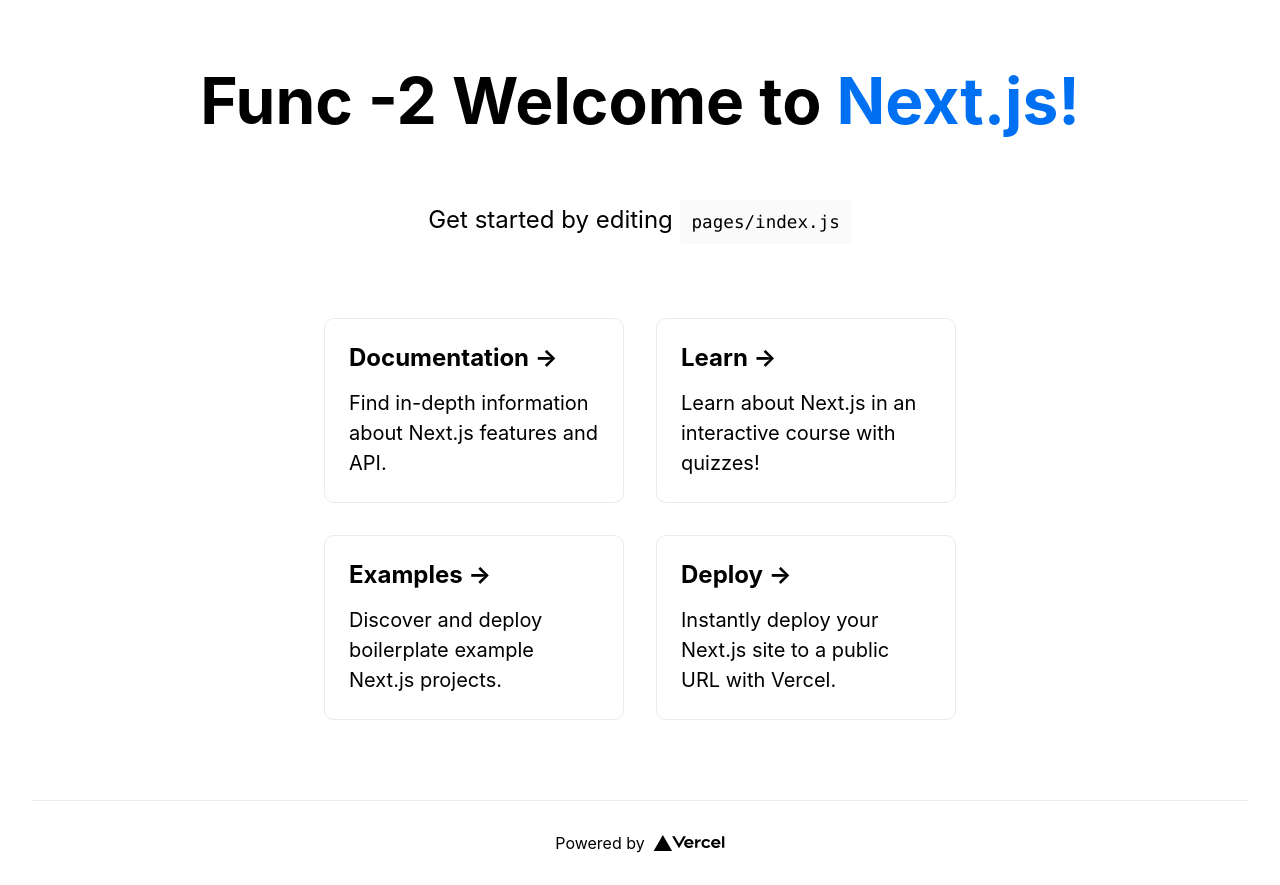
Repository: kanisaru/github-frontend-nextjs
Page: /
The author's editor kept a copy of each file at every save. The page is drawn from the files as they stood at one save, then again after the next save.
The browser window is 1280 px wide. The pictures show the whole page.
The project was rebuilt for these pictures with package versions that can differ from the ones it lists, and the page was loaded fresh each time. The framework's server and built-in components were replaced by stand-ins that run in the browser. Also part of the build but not shown: next.config.js.

Above is the page before, as saved 2022-09-05 23:19:47.

### pages/index.js
import Head from 'next/head'
import Image from 'next/image'
import styles from '../styles/Home.module.css'

export default function Home() {
  return (
    <div className={styles.container}>
      <Head>
        <title>Create Next App</title>
        <meta name="description" content="Generated by create next app" />
        <link rel="icon" href="/favicon.ico" />
      </Head>

      <main className={styles.main}>
        <h1 className={styles.title}>
         Func -2 Welcome to <a href="https://nextjs.org">Next.js!</a>
        </h1>

        <p className={styles.description}>
          Get started by editing{' '}
          <code className={styles.code}>pages/index.js</code>
        </p>

        <div className={styles.grid}>
          <a href="https://nextjs.org/docs" className={styles.card}>
            <h2>Documentation &rarr;</h2>
            <p>Find in-depth information about Next.js features and API.</p>
          </a>

          <a href="https://nextjs.org/learn" className={styles.card}>
            <h2>Learn &rarr;</h2>
            <p>Learn about Next.js in an interactive course with quizzes!</p>
          </a>

          <a
            href="https://github.com/vercel/next.js/tree/canary/examples"
            className={styles.card}
          >
            <h2>Examples &rarr;</h2>
            <p>Discover and deploy boilerplate example Next.js projects.</p>
          </a>

          <a
            href="https://vercel.com/new?utm_source=create-next-app&utm_medium=default-template&utm_campaign=create-next-app"
            className={styles.card}
          >
            <h2>Deploy &rarr;</h2>
            <p>
              Instantly deploy your Next.js site to a public URL with Vercel.
            </p>
          </a>
        </div>
      </main>

      <footer className={styles.footer}>
        <a
          href="https://vercel.com?utm_source=create-next-app&utm_medium=default-template&utm_campaign=create-next-app"
          target="_blank"
          rel="noopener noreferrer"
        >
          Powered by{' '}
          <span className={styles.logo}>
            <Image src="/vercel.svg" alt="Vercel Logo" width={72} height={16} />
          </span>
        </a>
      </footer>
    </div>
  )
}

Loaded but not shown: pages/_app.js (common file); styles/globals.css (common file); styles/Home.module.css (common file)

After the next save:
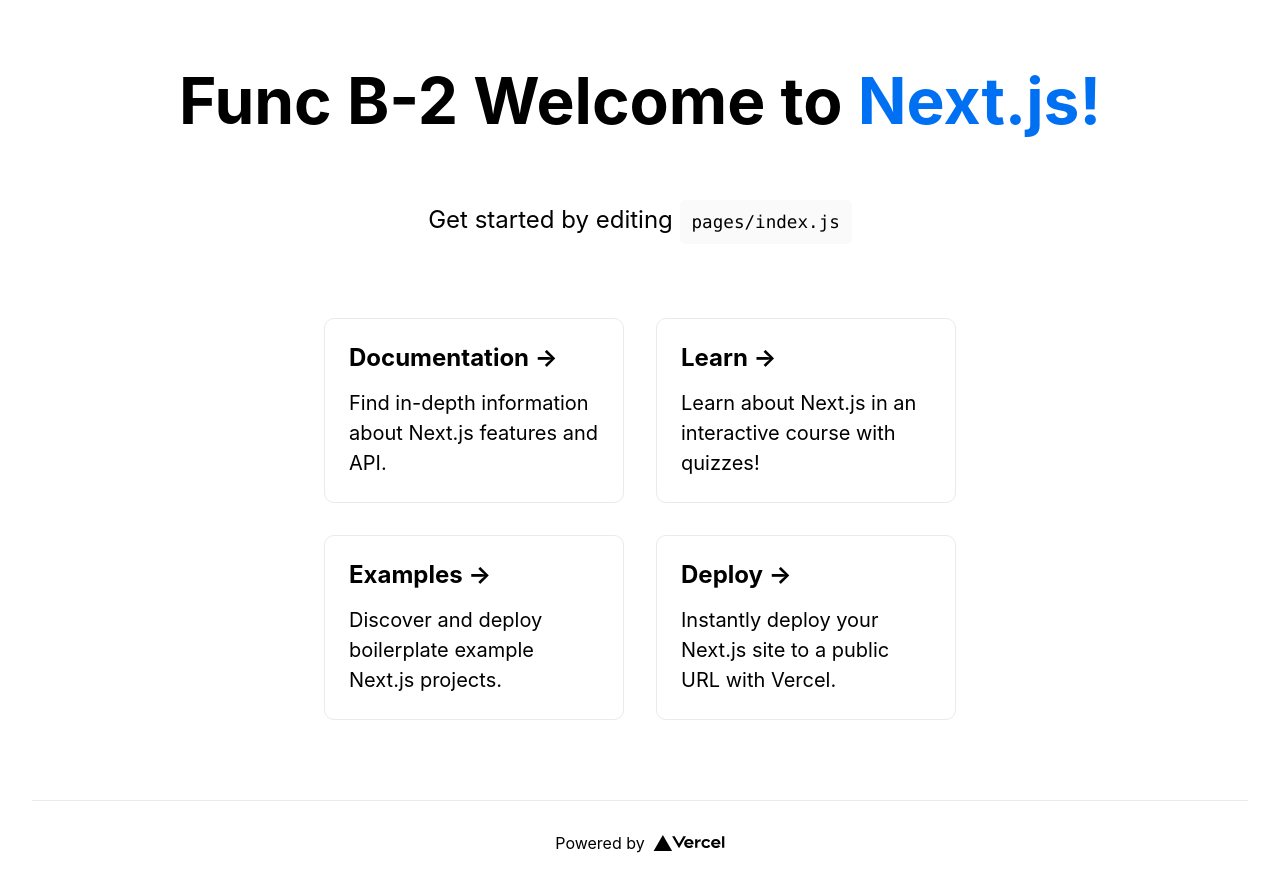
Saved 4 s later.
--- a/pages/index.js
+++ b/pages/index.js
@@ -13,7 +13,7 @@
 
       <main className={styles.main}>
         <h1 className={styles.title}>
-         Func -2 Welcome to <a href="https://nextjs.org">Next.js!</a>
+         Func B-2 Welcome to <a href="https://nextjs.org">Next.js!</a>
         </h1>
 
         <p className={styles.description}>
